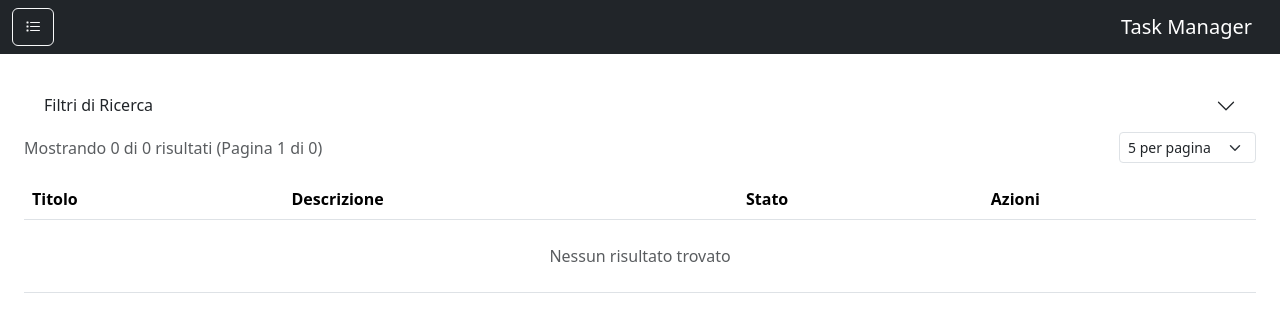
Repository: Barrakude/Angular_Project
Page: /task-list (app in test-finale/)
These files come from the project's save history. The page is drawn as it stood at one moment and after the next save; the edit follows.
The browser window is 1280 px wide. The pictures show the whole page.
The page's requests for data from a server got no answer. The project was rebuilt for these pictures with package versions that can differ from the ones it lists, and the page was loaded fresh each time. No one was signed in, and anything a server would have sent is missing. Also part of the build but not shown: test-finale/angular.json, test-finale/src/app/features/board/board.component.ts, test-finale/src/app/features/board/doing/doing.component.ts, test-finale/src/app/shared/components/task-card/task-card.component.ts, test-finale/src/app/shared/interfaces/itask.ts, test-finale/src/app/features/board/done/done.component.ts, test-finale/src/app/features/board/todo/todo.component.ts.

Above is the page before, as saved 2025-06-24 12:48:50.

### test-finale/src/index.html
<!doctype html>
<html lang="en">
<head>
  <meta charset="utf-8">
  <title>TaskManagementFe</title>
  <base href="/">
  <meta name="viewport" content="width=device-width, initial-scale=1">
  <link rel="icon" type="image/x-icon" href="favicon.ico">
</head>
<body>
  <tmg-root></tmg-root>
</body>
</html>

### test-finale/src/app/app.config.ts
import { ApplicationConfig, provideZoneChangeDetection } from '@angular/core';
import { provideRouter } from '@angular/router';

import { routes } from './app.routes';
import { provideHttpClient } from '@angular/common/http';

export const appConfig: ApplicationConfig = {
  providers: [
    provideZoneChangeDetection({ eventCoalescing: true }),
    provideRouter(routes),
    provideHttpClient()
  ]
};
// http client lo lascio , vi da errore se non rifate npm i

### test-finale/src/app/app.component.ts
import { Component } from '@angular/core';
import { RouterOutlet } from '@angular/router';
@Component({
  selector: 'tmg-root',
  imports: [
    RouterOutlet,
  ],
  templateUrl: './app.component.html',
  styleUrl: './app.component.scss'
})
export class AppComponent {
  title = 'task-management-fe';
}

### test-finale/src/app/app.routes.ts
import { Routes } from '@angular/router';
import { BoardComponent } from './features/board/board.component';
import { TaskListComponent } from './features/task-list/task-list.component';
import { LayoutComponent } from './core/layout/layout.component';

export const routes: Routes = [

    {
        path:'',
        component:LayoutComponent,
        children:[
            {path:'', redirectTo:'/board',pathMatch:'full'},
            {path:'board', component:BoardComponent},
            {path:'task-list', component:TaskListComponent}
        ]
    },

];

### test-finale/src/app/app.component.html
<!-- mettete le cose vostre vi lascio router outlet , importate tutto poi :)  -->
<router-outlet></router-outlet>

### test-finale/src/app/features/task-list/task-list.component.ts
import { Component, inject, OnInit } from '@angular/core';
import { IPaginationParams, ITaskFilters, TaskListService } from '../../shared/services/task-list.service';
import { ITask } from '../../shared/interfaces/itask';
import { take, tap } from 'rxjs';
import { TaskStatusPipe } from '../../shared/pipes/task-status.pipe';
import {
  FormBuilder,
  FormControlName,
  FormGroup,
  ReactiveFormsModule,
} from '@angular/forms';
import { IResponse } from '../../shared/interfaces/iresponse';

@Component({
  selector: 'tmg-task-list',
  imports: [TaskStatusPipe, ReactiveFormsModule],
  templateUrl: './task-list.component.html',
  styleUrl: './task-list.component.scss',
})
export class TaskListComponent implements OnInit {
  private readonly _taskService: TaskListService = inject(TaskListService);
  private readonly _fb: FormBuilder = inject(FormBuilder);

  tasks: ITask[] = [];
  filteredTask: ITask[] = [];

  //proprietà per la paginazione
  currentPage = 1;
  itemsPerPage = 5;
  totalItems = 0;
  totalPages = 0;

  //proprietà per la navigazione
  prevPage: number | null = null;
  nextPage: number | null = null;
  firstPage = 1;
  lastPage = 1;

  searchForm: FormGroup = this._fb.group({
    title: [''],
    description: [''],
    status: [''],
  });

  statusOption = ['todo', 'doing', 'done'];

  ngOnInit(): void {
    this.getTask();
    this.loadTasks();
  }

  loadTasks(): void {
    const pagination: IPaginationParams = {
      page: this.currentPage,
      limit: this.itemsPerPage
    };

    const formValues = this.searchForm.value;
    const filters: ITaskFilters = {};

    // Aggiungi solo i filtri che hanno valori
    if (formValues.title) filters.title = formValues.title;
    if (formValues.description) filters.description = formValues.description;
    if (formValues.status) filters.status = formValues.status;

    this._taskService.getPageTasks(pagination, Object.keys(filters).length ? filters : undefined)
      .pipe(
        take(1),
        tap((response: IResponse<ITask[]>) => {
          this.tasks = response.data;
          this.totalItems = response.totalCount || 0;
          this.totalPages = Math.ceil(this.totalItems / this.itemsPerPage);

          // Aggiorna informazioni di navigazione
          this.prevPage = response.prev ?? null;
          this.nextPage = response.next || null;
          this.firstPage = response.first || 1;
          this.lastPage = response.last || this.totalPages;
        })
      ).subscribe();
  }
  //! metodo senza paginazione
  getTask(): void {
    this._taskService
      .getTasks()
      .pipe(
        take(1),
        tap((data) => {
          this.tasks = data;
          this.filteredTask = data;
        })
      )
      .subscribe();
  }

  // onSearch(): void {
  //   const formValues = this.searchForm.value;

  //   this.filteredTask = this.tasks.filter((task) => {
  //     const titleValue =
  //       !formValues.title ||
  //       task.title.toLowerCase().includes(formValues.title.toLowerCase());

  //     const descriptionValue =
  //       !formValues.description ||
  //       task.description
  //         .toLowerCase()
  //         .includes(formValues.description.toLowerCase());

  //     const statusValue =
  //       !formValues.status || task.status === formValues.status;

  //     return titleValue && descriptionValue && statusValue;
  //   });
  // }

   onSearch(): void {
    this.currentPage = 1; // Reset alla prima pagina quando si cerca
    this.loadTasks();
  }

  onClear(): void {
    // this.searchForm.reset();
    // this.filteredTask = this.tasks;
    this.searchForm.reset();
    this.currentPage = 1; // Reset alla prima pagina
    this.loadTasks();
  }

 // Metodi per la navigazione
  goToPage(page: number): void {
    if (page >= 1 && page <= this.totalPages) {
      this.currentPage = page;
      this.loadTasks();
    }
  }

  goToFirstPage(): void {
    this.goToPage(this.firstPage);
  }

  goToLastPage(): void {
    this.goToPage(this.lastPage);
  }

  goToPrevPage(): void {
    if (this.prevPage) {
      this.goToPage(this.prevPage);
    }
  }

  goToNextPage(): void {
    if (this.nextPage) {
      this.goToPage(this.nextPage);
    }
  }

  // Genera array di numeri di pagina per la paginazione
  getPageNumbers(): number[] {
    const pages: number[] = [];
    const maxPagesToShow = 5;
    const half = Math.floor(maxPagesToShow / 2);

    let start = Math.max(this.currentPage - half, 1);
    let end = Math.min(start + maxPagesToShow - 1, this.totalPages);

    if (end - start + 1 < maxPagesToShow) {
      start = Math.max(end - maxPagesToShow + 1, 1);
    }

    for (let i = start; i <= end; i++) {
      pages.push(i);
    }

    return pages;
  }


}

### test-finale/src/app/core/layout/layout.component.ts
import { Component } from '@angular/core';
import { CommonModule } from '@angular/common';
import { RouterOutlet, RouterLink, RouterLinkActive } from '@angular/router';

@Component({
  selector: 'tmg-layout',
  standalone: true,
  imports: [
    CommonModule,
    RouterOutlet,
    RouterLink,
    RouterLinkActive
  ],
  templateUrl: './layout.component.html',
  styleUrl: './layout.component.scss'
})
export class LayoutComponent {
  sidebarOpen = false;

  toggleSidebar(): void {
    this.sidebarOpen = !this.sidebarOpen;
  }
}

### test-finale/src/app/shared/services/task-list.service.ts
import { HttpClient, HttpParams } from '@angular/common/http';
import { inject, Injectable } from '@angular/core';
import { map, Observable } from 'rxjs';
import { IResponse } from '../interfaces/iresponse';
import { ITask } from '../interfaces/itask';

export interface ITaskFilters{
  title?:string;
  description?:string;
  status?:string;
}

export interface IPaginationParams {
  page: number;
  limit: number;
}

@Injectable({
  providedIn: 'root'
})
export class TaskListService {


  private readonly _http:HttpClient=inject(HttpClient);
  private readonly url = 'http://localhost:3000/tasks';

  getTasks():Observable<ITask[]>{
    return this._http.get<IResponse<ITask[]>>(this.url).pipe(
      map(({ data }) => data)
    );
  }

  getPageTasks(pagination?: IPaginationParams, filters?:ITaskFilters):Observable<IResponse<ITask[]>>{
    let params = new HttpParams();

    //aggiungo parametri di paginazione
    if(pagination){
      params = params.set('_page',pagination.page.toString());
      params = params.set('_limit',pagination.limit.toString());
    }
    //aggiungo filtri
    if(filters){
      if (filters.title) {
        params = params.set('title', filters.title);
      }
      if (filters.description) {
        params = params.set('description', filters.description);
      }
      if (filters.status) {
        params = params.set('status', filters.status);
      }
    }
    return this._http.get<IResponse<ITask[]>>(this.url, { params });
  }

  deleteTask(id:number):Observable<ITask>{
    return this._http.delete<IResponse<ITask>>(`${this.url}/${id}`).pipe(
      map(({ data }) => data)
    );
  }

  changeTaskStatus(id: number, status: string): Observable<ITask> {
    return this._http.patch<IResponse<ITask>>(`${this.url}/${id}`, { status }).pipe(
      map(({ data }) => data)
    );
  }

  updateTask(id: number, body: ITask): Observable<ITask> {
    return this._http.patch<IResponse<ITask>>(`${this.url}/${id}`, { body }).pipe(
      map(({ data }) => data)
    );
  }

  createTask(body:ITask): Observable<ITask> {
    return this._http.post<IResponse<ITask>>(this.url, body).pipe(
      map(({ data }) => data)
    );
  }

  detailTask(id:number):Observable<ITask>{
    return this._http.get<IResponse<ITask>>(`${this.url}/${id}`).pipe(
      map(({ data }) => data)
    );
  }

}

### test-finale/src/app/features/task-list/task-list.component.html
<div class="accordion accordion-flush" id="accordionFlushExample">
    <div class="accordion-item">
        <h2 class="accordion-header">
            <button class="accordion-button collapsed" type="button" data-bs-toggle="collapse"
                data-bs-target="#flush-collapseOne" aria-expanded="false">
                Filtri di Ricerca
            </button>
        </h2>
        <div id="flush-collapseOne" class="accordion-collapse collapse" data-bs-parent="#accordionFlushExample">
            <form [formGroup]="searchForm" (ngSubmit)="onSearch()">
                <div class="row">
                    <div class="col-lg-3 col-md-3 mb-3">
                        <label for="title" class="form-label">Titolo</label>
                        <input type="text" class="form-control" id="title" formControlName="title">
                    </div>
                    <div class="col-lg-4 col-md-4 mb-3">
                        <label for="description" class="form-label">Descrizione</label>
                        <input type="text" class="form-control" id="description" formControlName="description">
                    </div>
                    <div class="col-lg-3 col-md-3 mb-3">
                        <label for="status" class="form-label">Stato</label>
                        <select class="form-select" id="status" formControlName="status">
                            <option value="">Seleziona Stato</option>
                            @for (status of statusOption; track status) {
                            <option [value]="status">{{status | taskStatus}}</option>
                            }
                        </select>
                    </div>
                </div>
                <div class="d-flex gap-2 justify-content-end">
                    <button type="button" class="btn btn-danger" (click)="onClear()">Cancella</button>
                    <button type="submit" class="btn btn-primary">Cerca</button>
                </div>
            </form>
        </div>
    </div>
</div>

<!-- Informazioni di paginazione -->
<div class="d-flex justify-content-between align-items-center mb-3">
    <div class="text-muted">
        Mostrando {{tasks.length}} di {{totalItems}} risultati (Pagina {{currentPage}} di {{totalPages}})
    </div>
    <div>
        <select class="form-select form-select-sm" style="width: auto;"
                [value]="itemsPerPage"
                (change)="itemsPerPage = +$any($event.target).value; currentPage = 1; loadTasks()">
            <option value="5">5 per pagina</option>
            <option value="10">10 per pagina</option>
            <option value="20">20 per pagina</option>
        </select>
    </div>
</div>

<table class="table">
    <thead>
        <tr>
            <th scope="col">Titolo</th>
            <th scope="col">Descrizione</th>
            <th scope="col">Stato</th>
            <th scope="col">Azioni</th>
        </tr>
    </thead>
    <tbody>
        @for (task of tasks; track task.id) {
        <tr>
            <th scope="row">{{task.title}}</th>
            <td>{{task.description}}</td>
            <td>{{task.status | taskStatus}}</td>
            <td>
                @if(task.status === 'todo' || task.status === 'doing' ){
                <a type="button">
                    <i class="bi bi-pencil"></i>
                </a>
                }
                <i class="bi bi-trash"></i>
            </td>
        </tr>
        } @empty {
        <tr>
            <td colspan="4" class="text-center text-muted py-4">
                Nessun risultato trovato
            </td>
        </tr>
        }
    </tbody>
</table>

<!-- Paginazione -->
@if (totalPages > 1) {
<nav aria-label="Paginazione">
    <ul class="pagination justify-content-center">
        <li class="page-item" [class.disabled]="!prevPage">
            <button class="page-link" (click)="goToFirstPage()" [disabled]="!prevPage">
                <i class="bi bi-chevron-double-left"></i>
            </button>
        </li>
        <li class="page-item" [class.disabled]="!prevPage">
            <button class="page-link" (click)="goToPrevPage()" [disabled]="!prevPage">
                <i class="bi bi-chevron-left"></i>
            </button>
        </li>

        @for (page of getPageNumbers(); track page) {
        <li class="page-item" [class.active]="page === currentPage">
            <button class="page-link" (click)="goToPage(page)">{{page}}</button>
        </li>
        }

        <li class="page-item" [class.disabled]="!nextPage">
            <button class="page-link" (click)="goToNextPage()" [disabled]="!nextPage">
                <i class="bi bi-chevron-right"></i>
            </button>
        </li>
        <li class="page-item" [class.disabled]="!nextPage">
            <button class="page-link" (click)="goToLastPage()" [disabled]="!nextPage">
                <i class="bi bi-chevron-double-right"></i>
            </button>
        </li>
    </ul>
</nav>
}

### test-finale/src/app/shared/pipes/task-status.pipe.ts
import { Pipe, PipeTransform } from '@angular/core';

@Pipe({
  name: 'taskStatus'
})
export class TaskStatusPipe implements PipeTransform {

  transform(value: string, ...args: unknown[]): string {
    switch(value.toLowerCase()){
      case 'todo':
        return 'Da fare';
      case 'doing':
        return 'In lavorazione';
      case 'done':
        return 'Completato';
      default:
        return value;
    }
  }

}

### test-finale/src/app/core/layout/layout.component.html
<div class="d-flex flex-column vh-100">
    <!-- Navbar -->
    <nav class="navbar navbar-expand-lg navbar-dark bg-dark fixed-top">
        <div class="container-fluid">
            <button class="btn btn-outline-light me-3" type="button" (click)="toggleSidebar()">
                <i class="bi bi-list-task"></i>
            </button>
            <span class="navbar-brand mb-0 h1">Task Manager</span>
        </div>
    </nav>

    <!-- Sidebar -->
    <div class="offcanvas offcanvas-start" [class.show]="sidebarOpen" tabindex="-1" style="top: 56px; height: calc(100vh - 56px);">
        <div class="offcanvas-body p-0">
            <ul class="list-group list-group-flush">
                <li class="list-group-item border-0">
                    <a routerLink="/board" routerLinkActive="active" class="nav-link text-dark">
                        <i class="fas fa-columns me-2"></i>
                        Board
                    </a>
                </li>
                <li class="list-group-item border-0">
                    <a routerLink="/task-list" routerLinkActive="active" class="nav-link text-dark">
                        <i class="fas fa-list-ul me-2"></i>
                        Task List
                    </a>
                </li>
            </ul>
        </div>
    </div>

    <!-- Main Content -->
    <main class="flex-grow-1" [style.margin-left.px]="sidebarOpen ? 250 : 0" style="margin-top: 56px; transition: margin-left 0.3s ease;">
        <div class="container-fluid p-4">
            <router-outlet></router-outlet>
        </div>
    </main>
</div>

<style>
.offcanvas {
    width: 250px !important;
    transition: transform 0.3s ease;
}

.nav-link.active {
    background-color: #0d6efd !important;
    color: white !important;
    border-radius: 0.375rem;
    margin: 0 10px;
}

@media (max-width: 768px) {
    main {
        margin-left: 0 !important;
    }
}
</style>

Loaded but not shown: test-finale/src/styles.scss (common file); test-finale/src/main.ts (common file); test-finale/src/app/app.component.scss (no stored copy; drawn as an empty file); test-finale/src/app/core/layout/layout.component.scss (no stored copy; drawn as an empty file); test-finale/src/app/features/task-list/task-list.component.scss (no stored copy; drawn as an empty file)

After the next save:
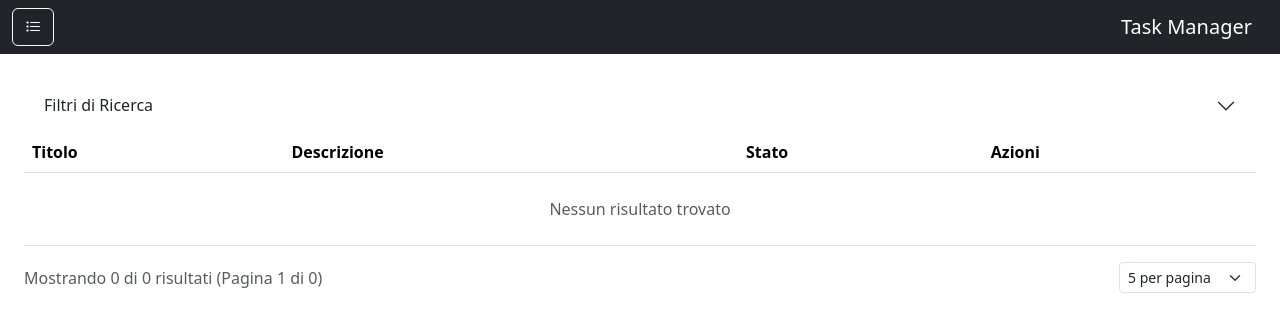
Saved 59 s later.
--- a/test-finale/src/app/features/task-list/task-list.component.html
+++ b/test-finale/src/app/features/task-list/task-list.component.html
@@ -36,21 +36,6 @@
     </div>
 </div>
 
-<!-- Informazioni di paginazione -->
-<div class="d-flex justify-content-between align-items-center mb-3">
-    <div class="text-muted">
-        Mostrando {{tasks.length}} di {{totalItems}} risultati (Pagina {{currentPage}} di {{totalPages}})
-    </div>
-    <div>
-        <select class="form-select form-select-sm" style="width: auto;"
-                [value]="itemsPerPage"
-                (change)="itemsPerPage = +$any($event.target).value; currentPage = 1; loadTasks()">
-            <option value="5">5 per pagina</option>
-            <option value="10">10 per pagina</option>
-            <option value="20">20 per pagina</option>
-        </select>
-    </div>
-</div>
 
 <table class="table">
     <thead>
@@ -85,7 +70,21 @@
         }
     </tbody>
 </table>
-
+<!-- Informazioni di paginazione -->
+<div class="d-flex justify-content-between align-items-center mb-3">
+    <div class="text-muted">
+        Mostrando {{tasks.length}} di {{totalItems}} risultati (Pagina {{currentPage}} di {{totalPages}})
+    </div>
+    <div>
+        <select class="form-select form-select-sm" style="width: auto;"
+                [value]="itemsPerPage"
+                (change)="itemsPerPage = +$any($event.target).value; currentPage = 1; loadTasks()">
+            <option value="5">5 per pagina</option>
+            <option value="10">10 per pagina</option>
+            <option value="20">20 per pagina</option>
+        </select>
+    </div>
+</div>
 <!-- Paginazione -->
 @if (totalPages > 1) {
 <nav aria-label="Paginazione">
